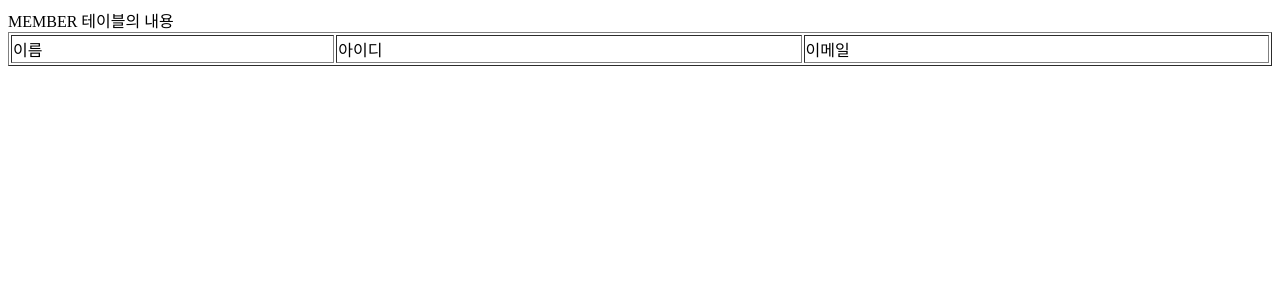
Repository: ktj4732/test
Page: http://localhost/dwl/home.jsp
The author's editor kept a copy of each file at every save. The page is drawn from the files as they stood at one save, then again after the next save.
The browser window is 1280 px wide. The pictures show the whole page.
The page is served by Tomcat 9. Queries for data that is not in the repository find no rows.

Above is the page before, as saved 2020-11-18 05:13:02.

After the next save:
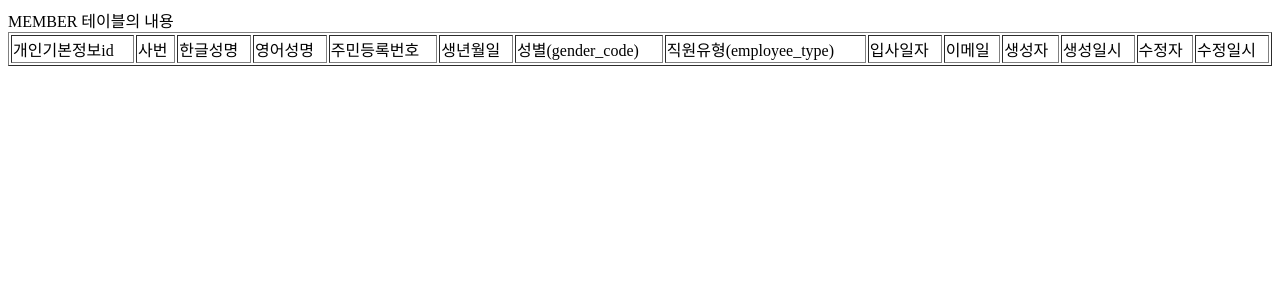
Saved 96 s later.
--- a/dwl/WebContent/home.jsp
+++ b/dwl/WebContent/home.jsp
@@ -8,9 +8,21 @@
       MEMBER 테이블의 내용
       <table width = "100%" border = "1">
       <tr>
-            <td>이름</td>
-            <td>아이디</td>
-            <td>이메일</td>
+            <td>개인기본정보id</td>
+			<td>사번</td>
+			<td>한글성명</td>
+			<td>영어성명</td>
+			<td>주민등록번호</td>
+			<td>생년월일</td>
+			<td>성별(gender_code)</td>
+			<td>직원유형(employee_type)</td>
+			<td>입사일자</td>
+			<td>이메일</td>
+			<td>생성자</td>
+			<td>생성일시</td>
+			<td>수정자</td>
+			<td>수정일시</td>
+
       </tr>
 
 <%
